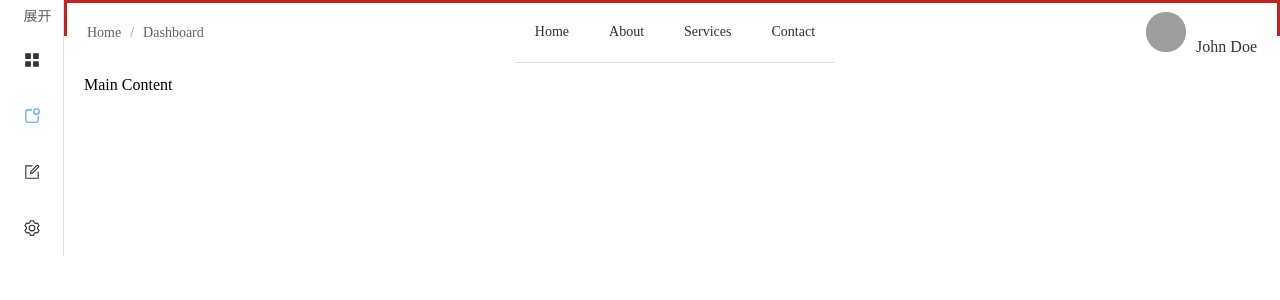
Repository: IsHexx/VerityX
Page: /home (app in front/)
The author's editor kept a copy of each file at every save. The page is drawn from the files as they stood at one save, then again after the next save.
The browser window is 1280 px wide. The pictures show the whole page.
Pictures or frames that could not be fetched are drawn as grey boxes. The project was rebuilt for these pictures with package versions that can differ from the ones it lists, and the page was loaded fresh each time. Also part of the build but not shown: front/vue.config.js, front/src/components/UserlLogin.vue.

Above is the page before, as saved 2024-10-08 19:23:17.

After the next save:
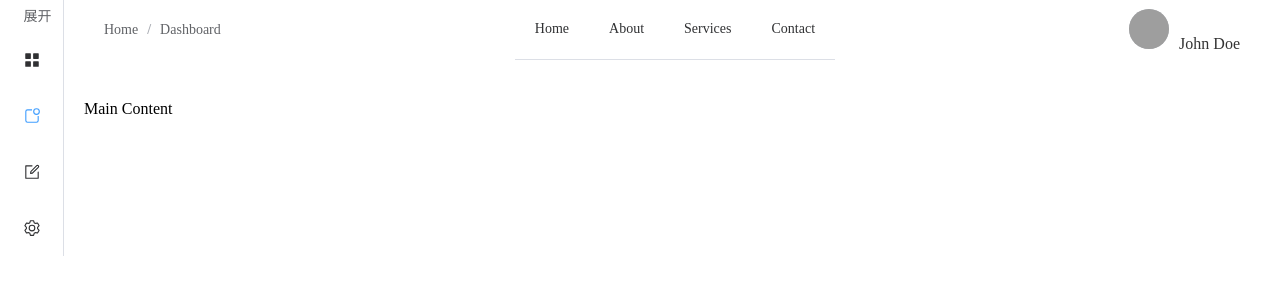
Saved 40 s later.
--- a/front/src/views/HomePage.vue
+++ b/front/src/views/HomePage.vue
@@ -54,13 +54,7 @@
     height: 100%;
   }
 
-  .common-layout > .el-container > .el-container > .el-header {
-    height: 5%; /* 固定 Header 的高度 */
-    padding: 0;
-    background-color: #ffffff;
-    /* line-height: 5%; 让内容在 Header 内居中显示 */
-    border: #bd2424 3px solid;
-  }
+
 
   .common-layout > .el-container > .el-container > .el-main {
     background-color: #fff;
